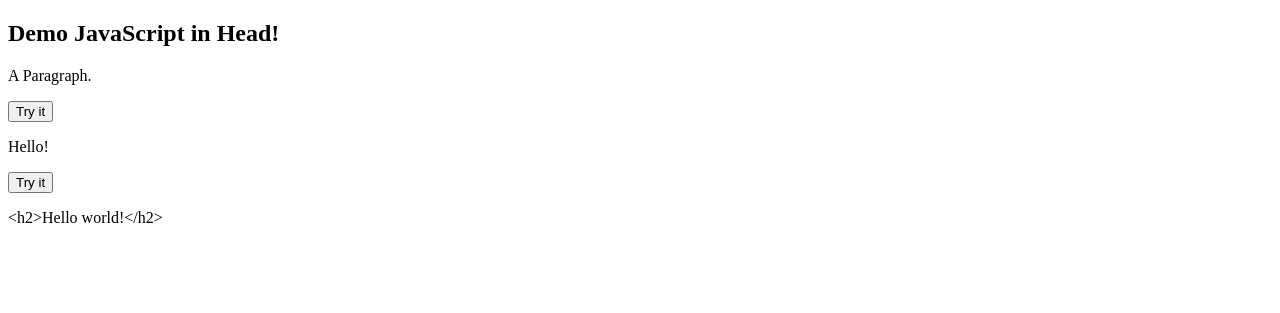
Repository: gautamsonam011/JS-Course
Page: paragraphchanged.html
These files come from the project's save history. The page is drawn as it stood at one moment and after the next save; the edit follows.
The browser window is 1280 px wide. The pictures show the whole page.

Above is the page before, as saved 2025-05-09 14:02:43.
Console error: TypeError: Cannot set properties of null (setting 'innerHTML')

### paragraphchanged.html
<!DOCTYPE html>
<html lang="en">
<head>
    <meta charset="UTF-8">
    <meta name="viewport" content="width=device-width, initial-scale=1.0">
    <title>Paragraph Changed</title>
    <!-- external javascript  -->
    <script src="introduct.js"></script>
    <!-- internal javascript  -->
    <script>
        function myFunction(){
            document.getElementById("demo").innerHTML = "Paragraph changed";
        }
    </script>
</head>
<body>
    <h2>Demo JavaScript in Head!</h2>
    <p id="demo">A Paragraph.</p>
    <button type="button" onclick="myFunction()">Try it</button>

    <!-- external javascript  -->
    <p id="demo1">Hello!</p>
    <button type="button" onclick="myFunctionChange()">Try it</button>

    <!-- javascript display possibilities  -->

    <!-- writing into an HTML element, using innerHTML or innerText.  -->

    <p id="tag"></p>
    <script>
        document.getElementById("tag").innerHTML = "<h2>Hello world!</h2>"
        document.getElementById("tag").innerText = "<h2>Hello world!</h2>"
    </script>
</body>
</html>

### introduct.js
// Javascript can change html content

// getElementById()

document.getElementById("demo").innerHTML = "Hello Javascript";

function myFunctionChange(){
    document.getElementById("demo1").innerHTML = "Paragraph changed";
}

After the next save:
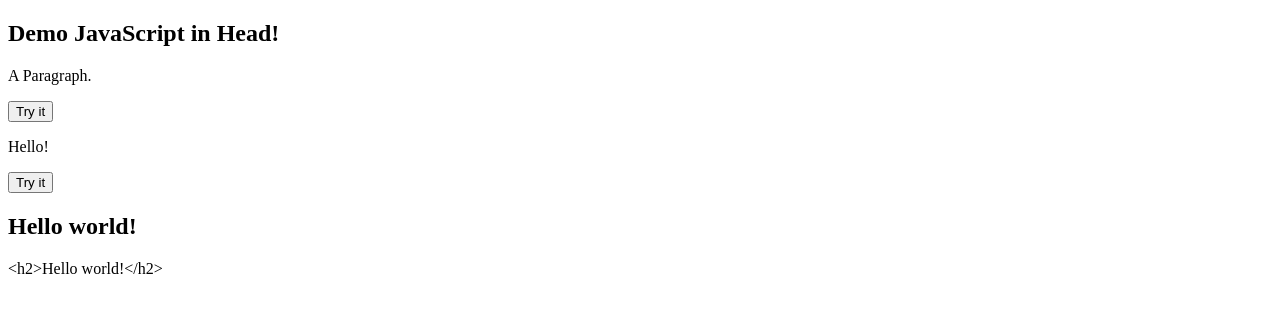
Saved 33 s later.
--- a/paragraphchanged.html
+++ b/paragraphchanged.html
@@ -27,9 +27,10 @@
     <!-- writing into an HTML element, using innerHTML or innerText.  -->
 
     <p id="tag"></p>
+    <p id="tag1"></p>
     <script>
         document.getElementById("tag").innerHTML = "<h2>Hello world!</h2>"
-        document.getElementById("tag").innerText = "<h2>Hello world!</h2>"
+        document.getElementById("tag1").innerText = "<h2>Hello world!</h2>"
     </script>
 </body>
 </html>
